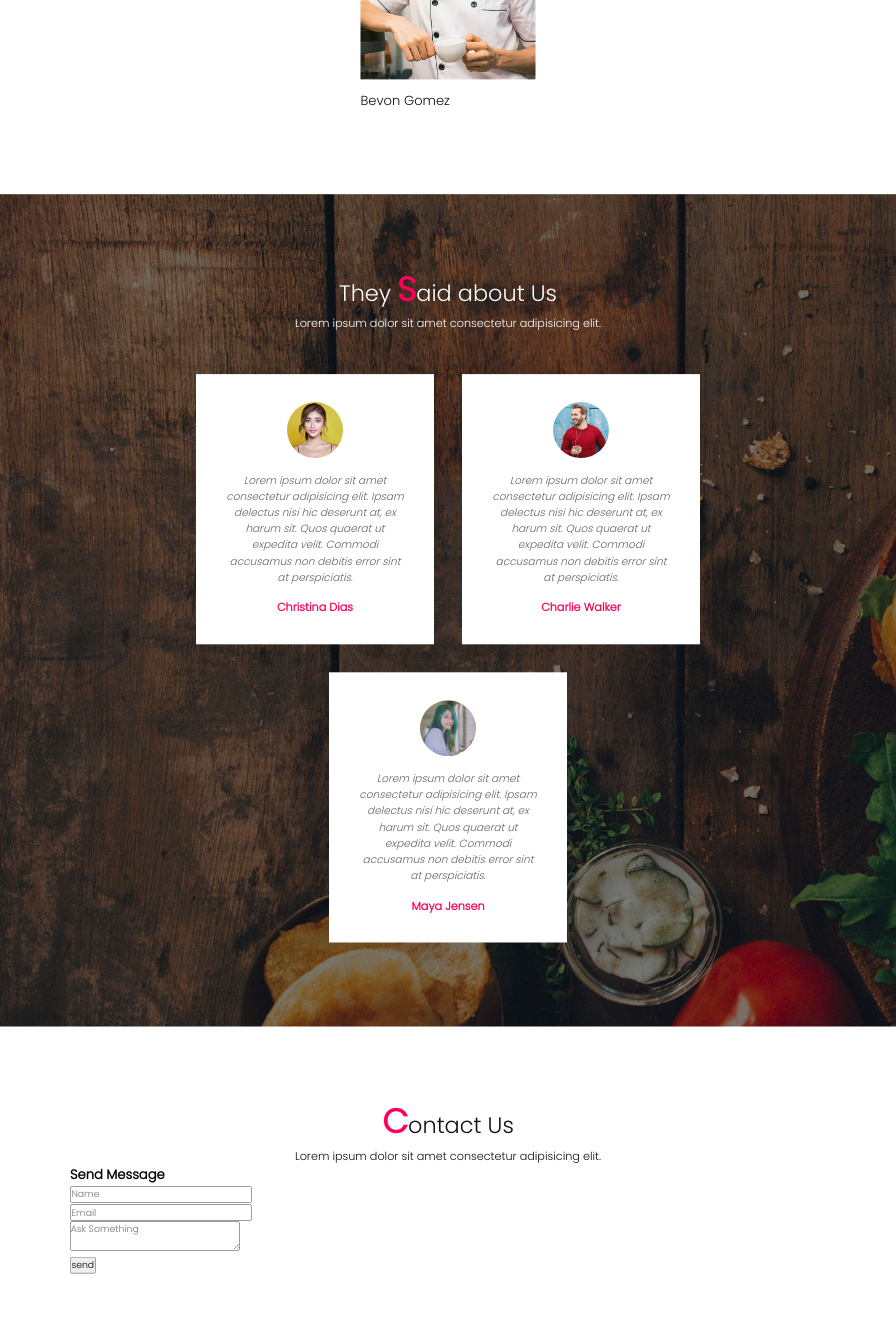
Repository: Adriandias1997/MobileFriendly_FoodWebsite
Page: index.html
These files come from the project's save history. The page is drawn as it stood at one moment and after a run of saves; the edit follows.
The browser window is 1280 px wide. The pictures show the part of the page from y = 3748 to 5668 px (the page is 5668 px tall), at 70% of full size.

Above is the page before, as saved 2020-10-16 17:57:35.

### index.html
<!DOCTYPE html>
<html lang="en">

<head>
    <meta charset="UTF-8">
    <meta name="viewport" content="width=device-width, initial-scale=1.0">
    <title>Food</title>
    <link rel="stylesheet" href="style.css">
</head>

<body>
    <header>
        <a href="#" class="logo">Food <span>Corner</span></a>
        <ul class="navigation">
            <li><a href="#banner">Home</a></li>
            <li><a href="#about">About Us</a></li>
            <li><a href="#menu">Menu</a></li>
            <li><a href="#expert">Expert</a></li>
            <li><a href="#testimonials">Testimonials</a></li>
            <li><a href="#contact">Contact</a></li>
        </ul>

    </header>
    <section class="banner" id="banner">
        <div class="content">
            <h2>Always choose Good</h2>
            <p>Lorem ipsum dolor sit amet consectetur adipisicing elit. Ipsam delectus nisi hic deserunt at, ex harum sit. Quos quaerat ut expedita velit. Commodi accusamus non debitis error sint at perspiciatis.</p>

            <a href="#" class="btn">Our Menu</a>
        </div>
    </section>

    <section class="about" id="about">
        <div class="row">
            <div class="col50">
                <h2 class="titleText"><span>A</span>bout Us</h2>
                <p>Lorem ipsum dolor sit amet consectetur adipisicing elit. Dolorum vero quam, at fuga facilis maiores consequatur! Quibusdam possimus debitis sed alias, provident fuga voluptatem, tempora eligendi aliquid quaerat laudantium repellat. Lorem
                    ipsum dolor sit amet consectetur adipisicing elit. Dolorum vero quam, at fuga facilis maiores consequatur! Quibusdam possimus debitis sed alias, provident fuga voluptatem, tempora eligendi aliquid quaerat laudantium repellat. Lorem
                    ipsum dolor sit amet consectetur adipisicing elit. Dolorum vero quam, at fuga facilis maiores consequatur! Quibusdam possimus debitis sed alias, provident fuga voluptatem, tempora eligendi aliquid quaerat laudantium repellat.
                </p>
            </div>
            <div class="col50">
                <div class="imgBx">
                    <img src="./Images/img1.jpg" alt="">
                </div>
            </div>
        </div>
    </section>

    <section class="menu" id="menu">
        <div class="title">
            <h2 class="titleText">Our <span>M</span>enu</h2>
            <p>Lorem ipsum dolor sit amet consectetur adipisicing elit.
            </p>
        </div>
        <div class="content">
            <div class="box">
                <div class="imgBx">
                    <img src="Images/menu1.jpg" alt="">
                </div>
                <div class="text">
                    <h3>Special Salads</h3>
                </div>
            </div>
            <div class="box">
                <div class="imgBx">
                    <img src="Images/menu2.jpg" alt="">
                </div>
                <div class="text">
                    <h3>Special Soups</h3>
                </div>
            </div>
            <div class="box">
                <div class="imgBx">
                    <img src="Images/menu3.jpg" alt="">
                </div>
                <div class="text">
                    <h3>Special Pasta</h3>
                </div>
            </div>
            <div class="box">
                <div class="imgBx">
                    <img src="Images/menu4.jpg" alt="">
                </div>
                <div class="text">
                    <h3>Special Salads</h3>
                </div>
            </div>
            <div class="box">
                <div class="imgBx">
                    <img src="Images/menu5.jpg" alt="">
                </div>
                <div class="text">
                    <h3>Special Soups</h3>
                </div>
            </div>
            <div class="box">
                <div class="imgBx">
                    <img src="Images/menu6.jpg" alt="">
                </div>
                <div class="text">
                    <h3>Special Salads</h3>
                </div>
            </div>
        </div>
        <div class="title">
            <a href="#" class="btn">
                View All
            </a>
        </div>
    </section>
    <section class="expert" id="expert">
        <div class="title">
            <h2 class="titleText">Our Kitchen <span>E</span>xpert</h2>
            <p>Lorem ipsum dolor sit amet consectetur adipisicing elit.
            </p>
        </div>
        <div class="content">
            <div class="box">
                <div class="imgBx">
                    <img src="Images/expert1.jpg" alt="">
                </div>
                <div class="text">
                    <h3>Tyler Brook</h3>
                </div>
            </div>
            <div class="box">
                <div class="imgBx">
                    <img src="Images/expert2.jpg" alt="">
                </div>
                <div class="text">
                    <h3>Dino Blok</h3>
                </div>
            </div>
            <div class="box">
                <div class="imgBx">
                    <img src="Images/expert3.jpg" alt="">
                </div>
                <div class="text">
                    <h3>Melanie Sasha</h3>
                </div>
            </div>
            <div class="box">
                <div class="imgBx">
                    <img src="Images/expert4.jpg" alt="">
                </div>
                <div class="text">
                    <h3>Bevon Gomez</h3>
                </div>
            </div>
        </div>
    </section>

    <section class="testimonials" id="testimonials">
        <div class="title white">
            <h2 class="titleText">They <span>S</span>aid about Us</h2>
            <p>Lorem ipsum dolor sit amet consectetur adipisicing elit.
            </p>
        </div>
        <div class="content">
            <div class="box">

                <div class="imgBx">
                    <img src="Images/testi1.jpg" alt="">
                </div>
                <div class="text">
                    <p>Lorem ipsum dolor sit amet consectetur adipisicing elit. Ipsam delectus nisi hic deserunt at, ex harum sit. Quos quaerat ut expedita velit. Commodi accusamus non debitis error sint at perspiciatis.
                    </p>
                    <h3>Christina Dias</h3>
                </div>
            </div>
            <div class="box">

                <div class="imgBx">
                    <img src="Images/testi2.jpg" alt="">
                </div>
                <div class="text">
                    <p>Lorem ipsum dolor sit amet consectetur adipisicing elit. Ipsam delectus nisi hic deserunt at, ex harum sit. Quos quaerat ut expedita velit. Commodi accusamus non debitis error sint at perspiciatis.
                    </p>
                    <h3>Charlie Walker</h3>
                </div>
            </div>
            <div class="box">

                <div class="imgBx">
                    <img src="Images/testi3.jpg" alt="">
                </div>
                <div class="text">
                    <p>Lorem ipsum dolor sit amet consectetur adipisicing elit. Ipsam delectus nisi hic deserunt at, ex harum sit. Quos quaerat ut expedita velit. Commodi accusamus non debitis error sint at perspiciatis.
                    </p>
                    <h3>Maya Jensen</h3>
                </div>
            </div>
        </div>
    </section>

    <section class="contact" id="contact">
        <div class="title">
            <h2 class="titleText"><span>C</span>ontact Us</h2>
            <p>Lorem ipsum dolor sit amet consectetur adipisicing elit.
            </p>
        </div>
        <div class="contactForm">
            <h3>Send Message</h3>
            <div class="inputBox">
                <input type="text" placeholder="Name">
            </div>
            <div class="inputBox">
                <input type="text" placeholder="Email">
            </div>
            <div class="inputBox">
                <textarea placeholder="Ask Something"></textarea>

                <div class="inputBox">
                    <input type="submit" value="send">
                </div>

            </div>
    </section>
    <script src="index.js"></script>
</body>

</html>

### style.css
        @import url("https://fonts.googleapis.com/css2?family=Poppins:wght@300&display=swap");
        * {
            margin: 0;
            padding: 0;
            box-sizing: border-box;
            font-family: "Poppins", sans-serif;
            scroll-behavior: smooth;
        }

        p {
            font-weight: 300;
            color: #111;
        }
        /* body {
    min-height: 1000px;
} */

        .banner {
            position: relative;
            width: 100%;
            min-height: 100vh;
            display: flex;
            justify-content: center;
            align-items: center;
            background: url(./Images/bg.jpg);
            background-size: cover;
        }

        .banner .content {
            max-width: 900px;
            text-align: center;
        }

        .banner .content h2 {
            font-size: 5em;
            color: #fff;
        }

        .banner .content p {
            font-size: 1em;
            color: #fff;
        }

        .btn {
            font-size: 1em;
            color: #fff;
            background: #ff0157;
            display: inline-block;
            padding: 10px 30px;
            text-transform: uppercase;
            text-decoration: none;
            letter-spacing: 2px;
            transition: 0.5s;
        }

        .btn:hover {
            background-color: #fff;
            color: #ff0157;
            letter-spacing: 6px;
        }

        header {
            position: fixed;
            top: 0;
            left: 0;
            width: 100%;
            padding: 40px 100px;
            z-index: 10000;
            display: flex;
            justify-content: space-between;
            align-items: center;
            transition: 0.5s;
        }

        header.sticky {
            background: #fff;
            padding: 10px 100px;
            box-shadow: 0 5px 20px rgba(0, 0, 0, 0.05);
        }

        header .logo {
            color: #fff;
            font-weight: 700;
            text-decoration: none;
            font-size: 2em;
        }

        header.sticky .logo {
            color: #111;
        }

        header .logo span {
            color: #ff0157;
        }

        header .navigation {
            position: relative;
            display: flex;
        }

        header .navigation li {
            list-style: none;
            margin-left: 30px;
        }

        header .navigation li a {
            text-decoration: none;
            color: #fff;
            font-weight: 300;
        }

        header.sticky .navigation li a {
            color: #111;
            font-weight: 300;
        }

        header .navigation li a:hover {
            color: #ff0157;
        }

        section {
            padding: 100px;
        }

        .row {
            position: relative;
            width: 100%;
            display: flex;
            justify-content: space-between;
        }

        .row .col50 {
            position: relative;
            width: 48%;
        }

        .titleText {
            color: #111;
            font-size: 2em;
            font-weight: 400;
        }

        .titleText span {
            color: #ff0157;
            font-size: 1.5em;
            font-weight: 700;
        }

        .row .col50 .imgBx {
            position: relative;
            width: 100%;
            height: 100%;
            /* min-height: 300px; */
        }

        .row .col50 .imgBx img {
            position: relative;
            top: 0;
            left: 0;
            width: 100%;
            height: 100%;
            object-fit: cover;
        }

        .title {
            width: 100%;
            display: flex;
            justify-content: center;
            align-items: center;
            flex-direction: column;
        }

        .menu .content {
            display: flex;
            justify-content: center;
            flex-direction: row-reverse;
            flex-wrap: wrap;
            margin-top: 40px;
        }

        .menu .content .box {
            width: 340px;
            margin: 20px;
            border: 15px solid #fff;
            box-shadow: 0 5px 20px rgba(0, 0, 0, 0.08);
        }

        .menu .content .box .imgBx {
            position: relative;
            width: 100%;
            height: 300px;
        }

        .menu .content .box .imgBx img {
            position: absolute;
            top: 0;
            left: 0;
            width: 100%;
            height: 100%;
            object-fit: cover;
        }

        .menu .content .box .text {
            padding: 15px 0 5px;
        }

        .menu .content .box .text h3 {
            font-weight: 400;
            color: #111;
        }

        .expert .content {
            display: flex;
            justify-content: center;
            align-items: center;
            flex-wrap: wrap;
            flex-direction: row;
            margin-top: 40px;
        }

        .expert .content .box {
            width: 250px;
            margin: 15px;
        }

        .expert .content .box .imgBx {
            position: relative;
            width: 100%;
            height: 300px;
        }

        .expert .content .box .imgBx img {
            position: absolute;
            top: 0;
            left: 0;
            width: 100%;
            height: 100%;
            object-fit: cover;
        }

        .expert .content .box .text {
            padding: 15px 0 5px;
        }

        .expert .content .box .text h3 {
            font-weight: 400;
            color: #111;
        }

        .testimonials {
            background: url(./Images/bg2.jpg);
            background-size: cover;
        }

        .white .titleText,
        .white p {
            color: #fff;
        }

        .testimonials .content {
            display: flex;
            justify-content: center;
            flex-wrap: wrap;
            flex-direction: row;
            margin-top: 40px;
        }

        .testimonials .content .box {
            width: 340px;
            margin: 20px;
            padding: 40px;
            background: #fff;
            display: flex;
            justify-content: center;
            align-items: center;
            flex-direction: column;
        }

        .testimonials .content .box .imgBx {
            position: relative;
            width: 80px;
            height: 80px;
            margin-bottom: 20px;
            border-radius: 50%;
            overflow: hidden;
        }

        .testimonials .content .box .imgBx img {
            position: absolute;
            top: 0;
            left: 0;
            width: 100%;
            height: 100%;
            object-fit: cover;
        }

        .testimonials .content .box .text {
            text-align: center;
        }

        .testimonials .content .box .text p {
            color: #666;
            font-style: italic;
            font-size: 15px;
        }

        .testimonials .content .box .text h3 {
            margin-top: 20px;
            color: #ff0157;
            font-size: 1em;
            font-weight: 600;
        }

### index.js
window.addEventListener('scroll', function() {
    const header = document.querySelector('header');
    header.classList.toggle('sticky', window.scrollY > 0);
});

After the next 2 saves:
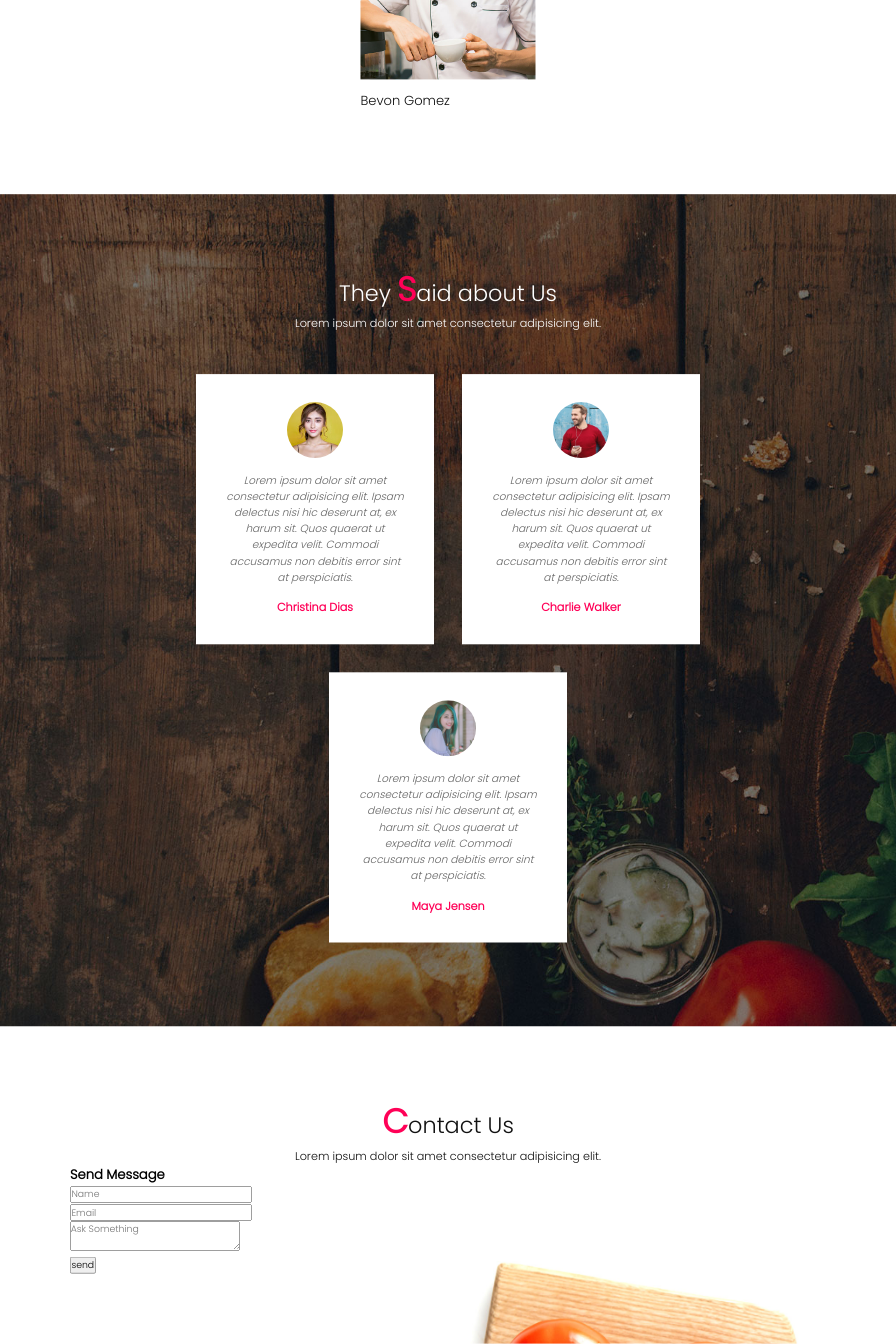
The 2 saves are shown as one change because they came seconds apart.
The last was saved 35 s later.
--- a/style.css
+++ b/style.css
@@ -310,3 +310,8 @@
             font-size: 1em;
             font-weight: 600;
         }
+
+        .contact {
+            background: url(./Images/bg3.jpg);
+            background-size: cover;
+        }
